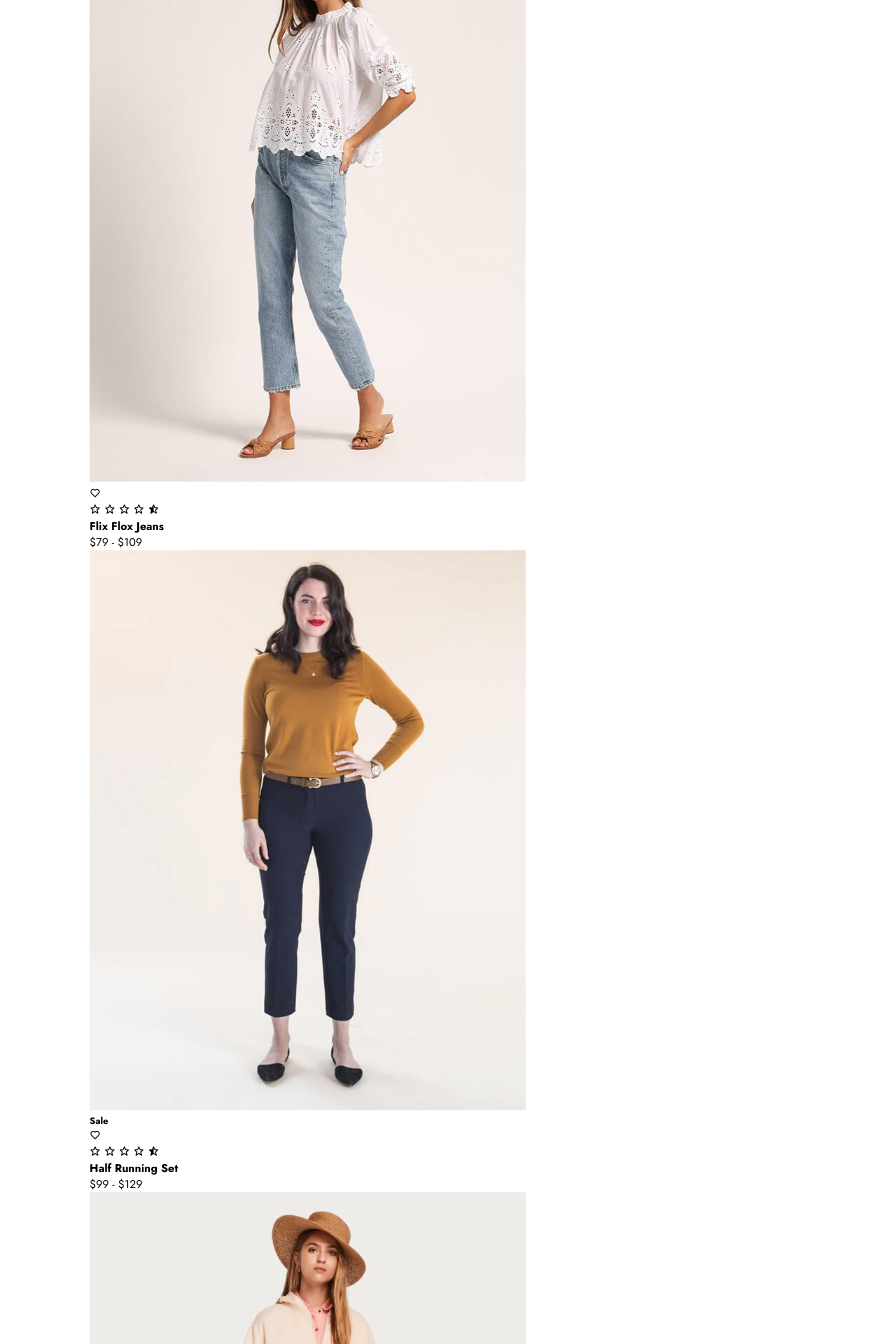
Repository: isaacCodes1/Kumo-Website.
Page: index.html
The author's editor kept a copy of each file at every save. The page is drawn from the files as they stood at one save, then again after the next save.
The browser window is 1280 px wide. The pictures show the part of the page from y = 4580 to 6500 px (the page is 8181 px tall before and 8162 px after), at 70% of full size.

Above is the page before, as saved 2024-03-22 13:29:59.

After the next save:
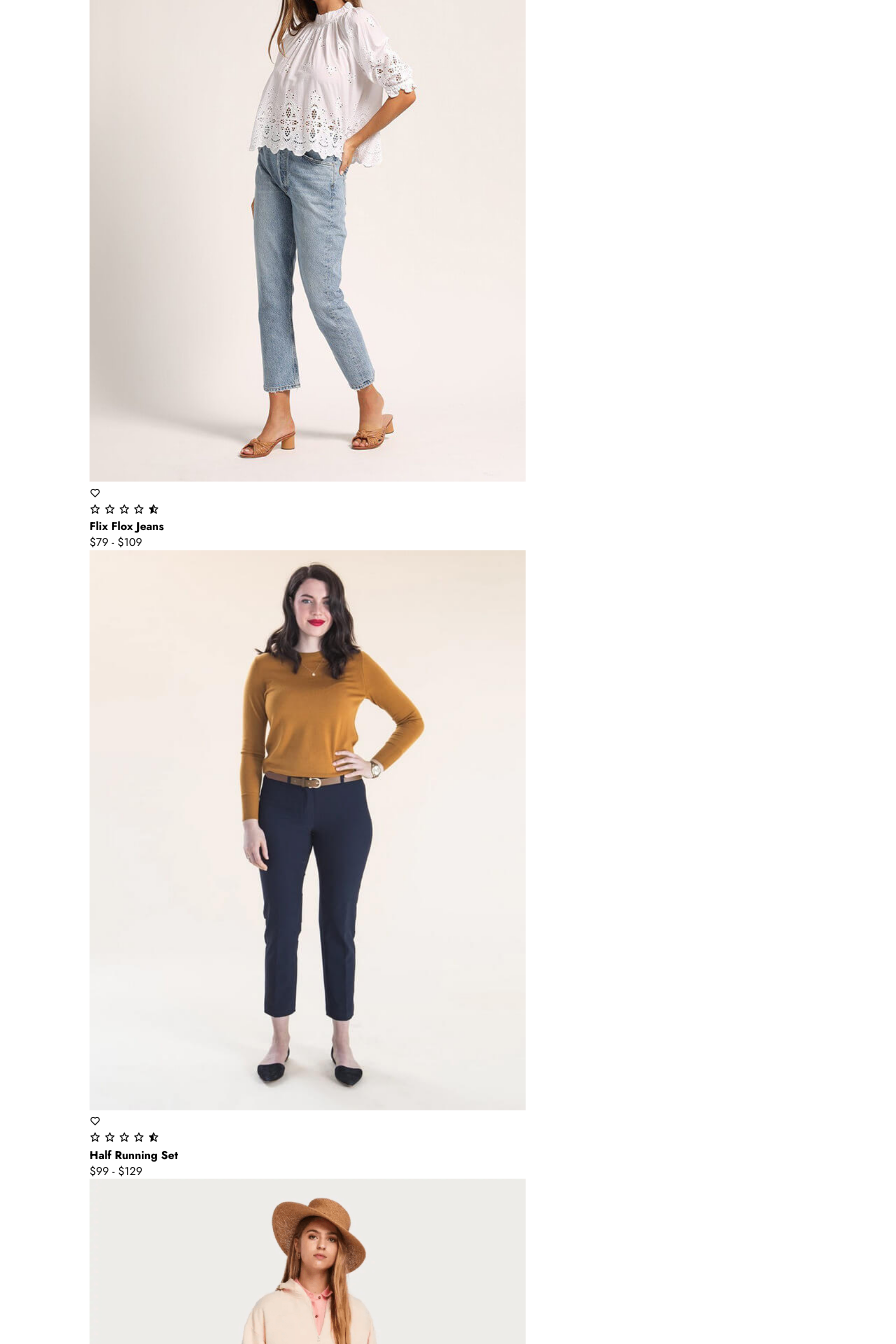
Saved 16 s later.
--- a/index.html
+++ b/index.html
@@ -163,7 +163,7 @@
         <div class="row">
           <img src="/Assets/6.jpg" alt="" />
           <div class="product-text">
-            <h5>Sale</h5>
+            <h5></h5>
           </div>
           <div class="heart-icon">
             <i class="bx bx-heart"></i>

After the 2 saves that followed:
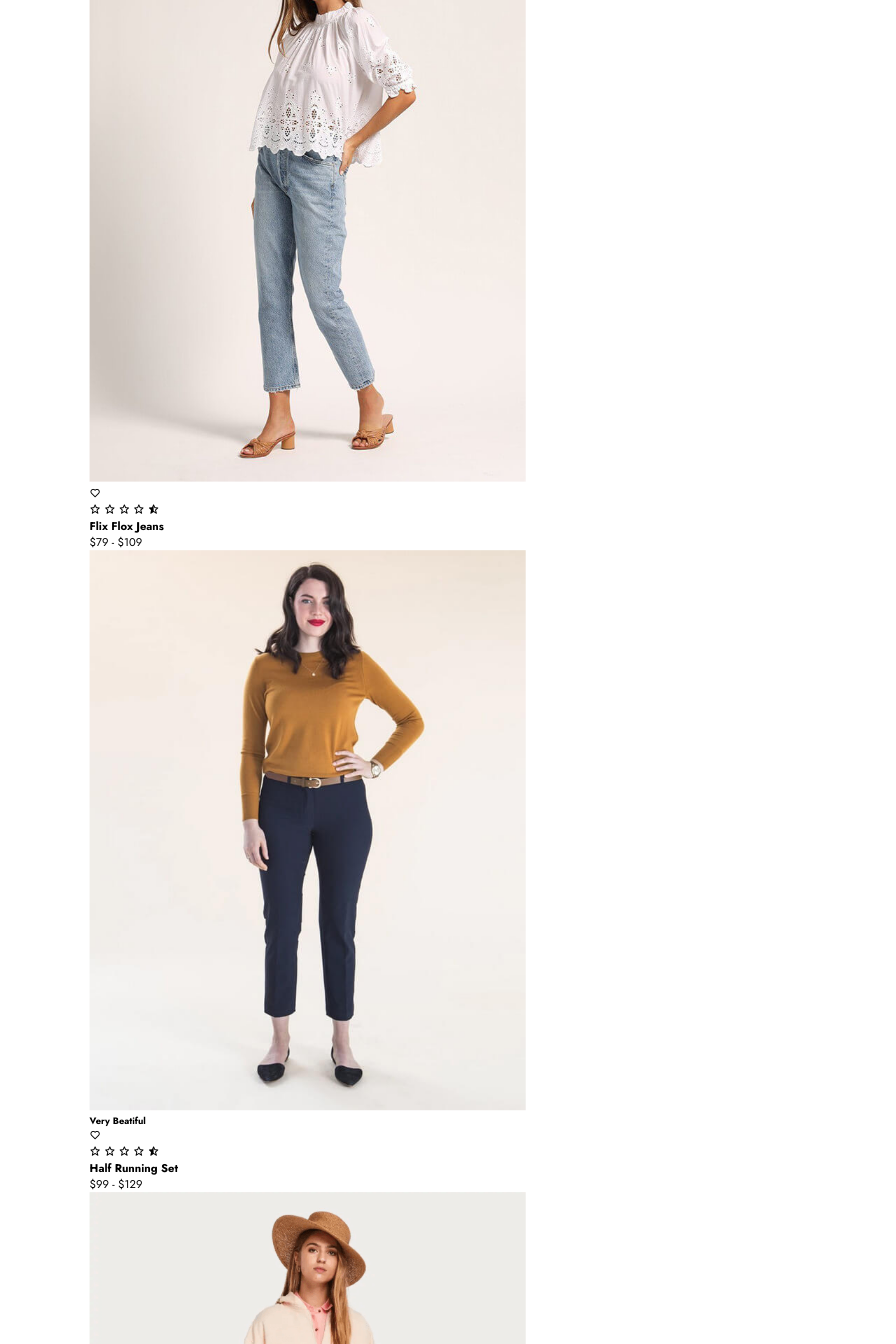
The 2 saves are shown as one change because they came seconds apart.
The last was saved 8 s later.
--- a/index.html
+++ b/index.html
@@ -163,7 +163,7 @@
         <div class="row">
           <img src="/Assets/6.jpg" alt="" />
           <div class="product-text">
-            <h5></h5>
+            <h5>Very Beatiful</h5>
           </div>
           <div class="heart-icon">
             <i class="bx bx-heart"></i>
